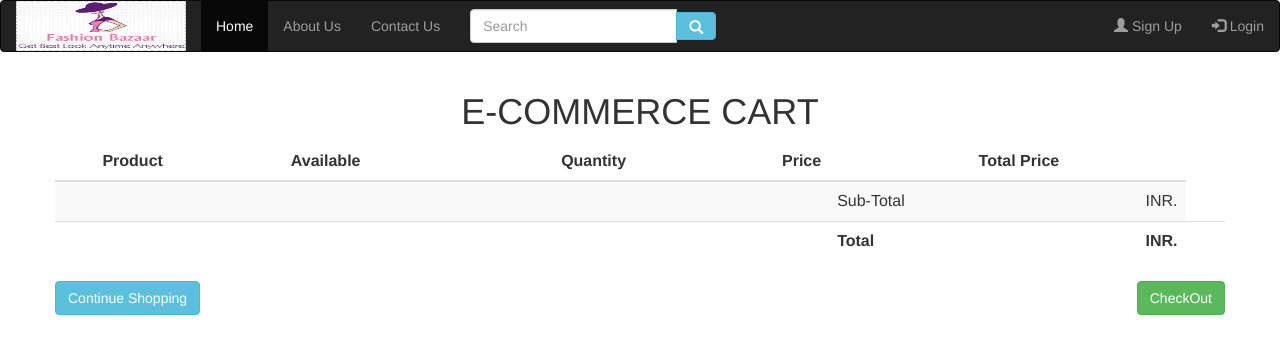
Repository: SmithaMendonca/Project-1
Page: http://localhost/FashionBazarFrontend/WEB-INF/views/Cart.jsp
An editor plug-in stored every save of this project. The page is shown before and after the next save, followed by the edit.
The browser window is 1280 px wide. The pictures show the whole page.
The page is served by Tomcat 9. Nobody is signed in. The template is opened directly, without the code that normally fills it, so the values that code supplies are empty.

Above is the page before, as saved 2019-06-08 04:14:12.

After the next save:
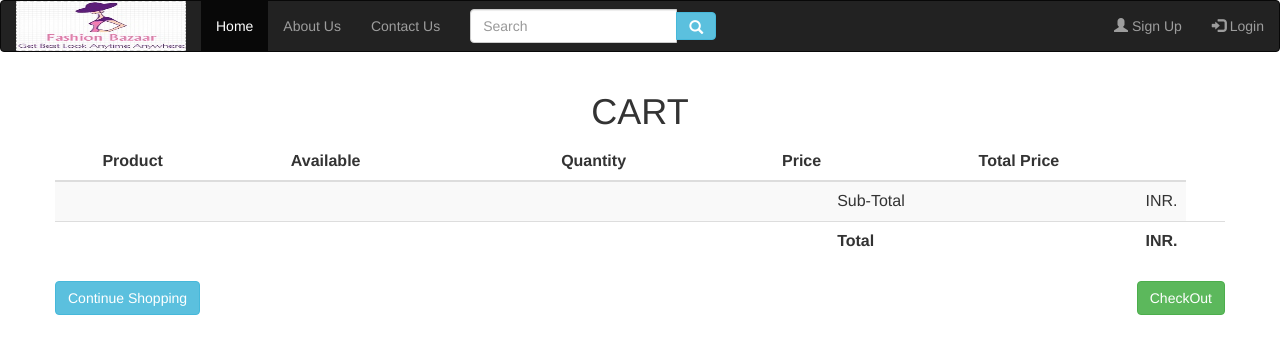
Saved 47 h 29 min later.
--- a/FashionBazarFrontend/src/main/webapp/WEB-INF/views/Cart.jsp
+++ b/FashionBazarFrontend/src/main/webapp/WEB-INF/views/Cart.jsp
@@ -1,7 +1,7 @@
 <%@include file="Header.jsp"%>
  <section class="text-center">
     <div class="container">
-        <h1>E-COMMERCE CART</h1>
+        <h1>CART</h1>
      </div>
 </section>
 
